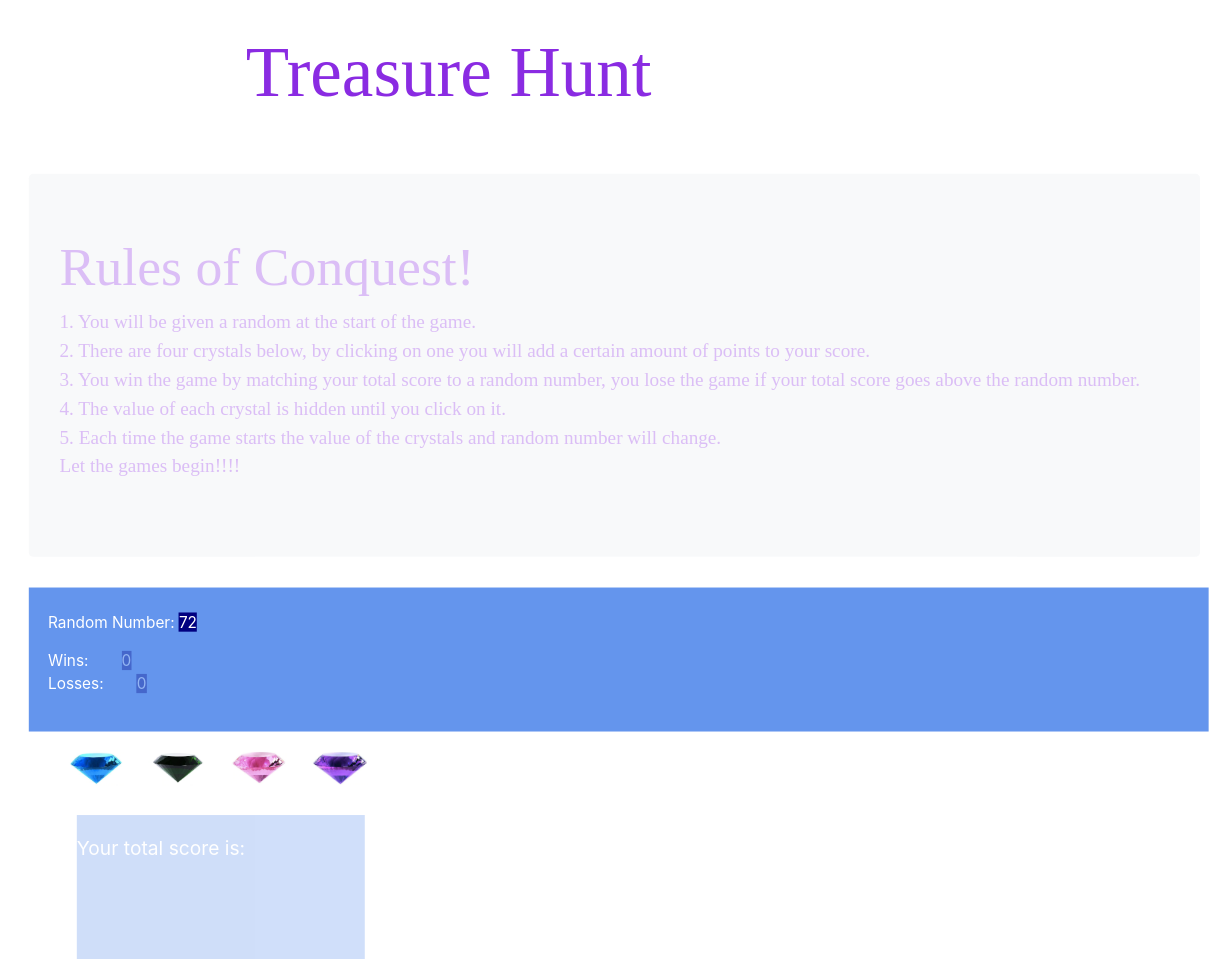
Repository: Jwill1258/unit-4-game
Page: index.html
These files come from the project's save history. The page is drawn as it stood at one moment and after the next save; the edit follows.
The browser window is 1280 px wide. The pictures show the whole page, at 96% of full size.
Some web fonts or font styles are not loaded; a fallback is used.

Above is the page before, as saved 2019-11-08 00:13:08.

### index.html
<!DOCTYPE html>
<html lang="en">
<head>
    <meta charset="UTF-8">
    <meta name="viewport" content="width=device-width, initial-scale=1.0">
    <meta http-equiv="X-UA-Compatible" content="ie=edge">
    <title>Crystal Collector</title>
    <link rel="stylesheet" type="text/css" href="assets/css/style.css">
    <link rel="stylesheet" href="https://stackpath.bootstrapcdn.com/bootstrap/4.3.1/css/bootstrap.min.css" integrity="sha384-ggOyR0iXCbMQv3Xipma34MD+dH/1fQ784/j6cY/iJTQUOhcWr7x9JvoRxT2MZw1T" crossorigin="anonymous">
    <link href="https://fonts.googleapis.com/css?family=Stoke&display=swap" rel="stylesheet">
</head>

<body>

    <div id="header">Treasure Hunt</div>

    <div class="jumbotron">

        <h1 class="display-4">Rules of Conquest!</h1>
        <p class="lead">

            1. You will be given a random at the start of the game.

            <br>

            2. There are four crystals below, by clicking on one you will add a certain amount of points to your      score.

            <br>

            3. You win the game by matching your total score to a random number, you lose the game if your total      score goes above the random number.

            <br>

            4. The value of each crystal is hidden until you click on it.

            <br>

            5. Each time the game starts the value of the crystals and random number will change.

            <br>

            Let the games begin!!!!

        </p>


    </div>

    <div id="numbers">
            <div class="numberToMatch">
                <p>Random Number:
                    <span id= "randomNumber"></span>
                </p>
            </div>
            <div class="winsandlosses">
                <p>Wins:
                    <span id= "numberWins"></span>
                    </br>
                    Losses:
                    <span id= "numberLosses"></span>
                </p>
            </div>

    <div class="crystals">

            <img src="assets/images/blue-button.png" class=crystalImage id= "one">
            <img src="assets/images/green-button.png" class=crystalImage id= "two">
            <img src="assets/images/pink button.png" class=crystalImage id= "three">
            <img src="assets/images/purple-button.png" class=crystalImage id= "four">

    </div>


    <div class="countmsg">

        <p>Your total score is:

            <span id="totalCount"></span>

        </p>

    </div>

    <script type="text/javascript" src="https://code.jquery.com/jquery-2.2.0.js"></script>
    <script type="text/javascript" src="assets/javascript/game.js"></script>


</body>
</html>

### assets/css/style.css
/* http://meyerweb.com/eric/tools/css/reset/
   v2.0 | 20110126
   License: none (public domain)
*/

html, body, div, span, applet, object, iframe,
h1, h2, h3, h4, h5, h6, p, blockquote, pre,
a, abbr, acronym, address, big, cite, code,
del, dfn, em, img, ins, kbd, q, s, samp,
small, strike, strong, sub, sup, tt, var,
b, u, i, center,
dl, dt, dd, ol, ul, li,
fieldset, form, label, legend,
table, caption, tbody, tfoot, thead, tr, th, td,
article, aside, canvas, details, embed,
figure, figcaption, footer, header, hgroup,
menu, nav, output, ruby, section, summary,
time, mark, audio, video {
	margin: 0;
	padding: 0;
	border: 0;
	font-size: 100%;
	font: inherit;
	vertical-align: baseline;
}
/* HTML5 display-role reset for older browsers */
article, aside, details, figcaption, figure,
footer, header, hgroup, menu, nav, section {
	display: block;
}
body {
	line-height: 1;
}
ol, ul {
	list-style: none;
}
blockquote, q {
	quotes: none;
}
blockquote:before, blockquote:after,
q:before, q:after {
	content: '';
	content: none;
}
table {
	border-collapse: collapse;
	border-spacing: 0;
}

body {
    background-image: url( '../images/waterfall-background.jpeg' ) no-repeat center center fixed;
	-webkit-background-size: cover;
	-moz-background-size: cover;
	-o-background-size: cover;
	background-size: cover;

}

#header {
	font-family: 'Stoke', serif;
	color: blueviolet;
    font-size: 74px;
	width: 100%;
	padding-left: 20%;
	padding-top: 20px;



}

.jumbotron {
	font-family: 'Stoke', serif;
	color: blueviolet;
	font-size: 40px;
	position: center;
	background-color: cornflowerblue;
	margin-left: 30px;
	margin-right: 30px;
	opacity: 30%;
	padding-top: 50px;
	margin-top: 50px;

}

.jumbotron lead {
	border: 10px;


}

#numbers {
	background-color: cornflowerblue;
	height: 150px;
	width: 96%;
	margin-left: 30px;
	padding-left: 20px;
	color: navy;
}

.numberToMatch {
	height: 50px;
	width: 50px;
	margin-left: 30px;
	margin-top: 50px;
	display: inline;
	color: white;
}


.winsandlosses {
	color: white;
	display: inline;
	background-color: navy;

}

#randomNumber {
	background-color: navy;


}



#numberWins {
	background-color:navy;
	width: 200px;
	height: 40px;
	margin-left: 30px;
	margin-top: 50px;
	opacity: 30%;
	color: white;


}

#numberLosses {
	background-color:navy;
	width: 200px;
	height: 40px;
	margin-left: 30px;
	margin-top: 50px;
	opacity: 30%;
	color: white;


}


.crystalImage  {
	width: 80px;
	padding-top: 40px;
	padding-bottom: 30px;
}

#one {
	padding-left: 20px;

}

#two {
	padding-left: 20px;


}

#three {
	padding-left: 20px;



}

#four {
	padding-left: 20px;



}


.countmsg {
	background-color: cornflowerblue;
	height: 150px;
	width: 300px;
	margin-left: 30px;
	opacity: 30%;
	color: white;
	font-size: 20px;
	padding-top: 20px;


}

### assets/javascript/game.js
$( document ).ready(function(){
    var Random=Math.floor(Math.random()*101+19)
    // Selects a random number to be shown at the start of the game
    // Number between 19 - 120
    //
    $('#randomNumber').text(Random);
    // Appending random number to the randomNumber id in the html doc
    //
    var num1= Math.floor(Math.random()*11+1)
    var num2= Math.floor(Math.random()*11+1)
    var num3= Math.floor(Math.random()*11+1)
    var num4= Math.floor(Math.random()*11+1)
    // create random numbers for each jewel (1-12)

    //
    var userTotal= 0;
    var wins= 0;
    var losses = 0;
    //  establish variables

$('#numberWins').text(wins);
$('#numberLosses').text(losses);
//resets the game
function reset(){
        Random=Math.floor(Math.random()*101+19);
        console.log(Random)
        $('#randomNumber').text(Random);
        num1= Math.floor(Math.random()*11+1);
        num2= Math.floor(Math.random()*11+1);
        num3= Math.floor(Math.random()*11+1);
        num4= Math.floor(Math.random()*11+1);
        userTotal= 0;
        $('#totalCount').text(userTotal);
}
//adds the wins to the userTotal
function yay(){
alert("Winner");
    wins++;
    $('#numberWins').text(wins);
    reset();
}
//addes the losses to the userTotal
function loser(){
alert ("Try Again!");
    losses++;
    $('#numberLosses').text(losses);
    reset()
}
//sets up click for jewels
$('#one').on ('click', function(){
    userTotal = userTotal + num1;
    console.log("New userTotal= " + userTotal);
    $('#totalCount').text(userTotal);
        //sets win/lose if stats
        if (userTotal == Random){
        yay();
        }
        else if ( userTotal > Random){
        loser();
        }
})
$('#two').on ('click', function(){
    userTotal = userTotal + num2;
    console.log("New userTotal= " + userTotal);
    $('#totalCount').text(userTotal);
        if (userTotal == Random){
        yay();
        }
        else if ( userTotal > Random){
        loser();
        }
})
$('#three').on ('click', function(){
    userTotal = userTotal + num3;
    console.log("New userTotal= " + userTotal);
    $('#totalCount').text(userTotal);
        if (userTotal == Random){
        yay();
        }
        else if ( userTotal > Random){
        loser();
        }
})
$('#four').on ('click', function(){
    userTotal = userTotal + num4;
    console.log("New totalCount= " + userTotal);
    $('#totalCount').text(userTotal);
        if (userTotal == Random){
        yay();
        }
        else if ( userTotal > Random){
        loser();
        }
});
});

After the next save:
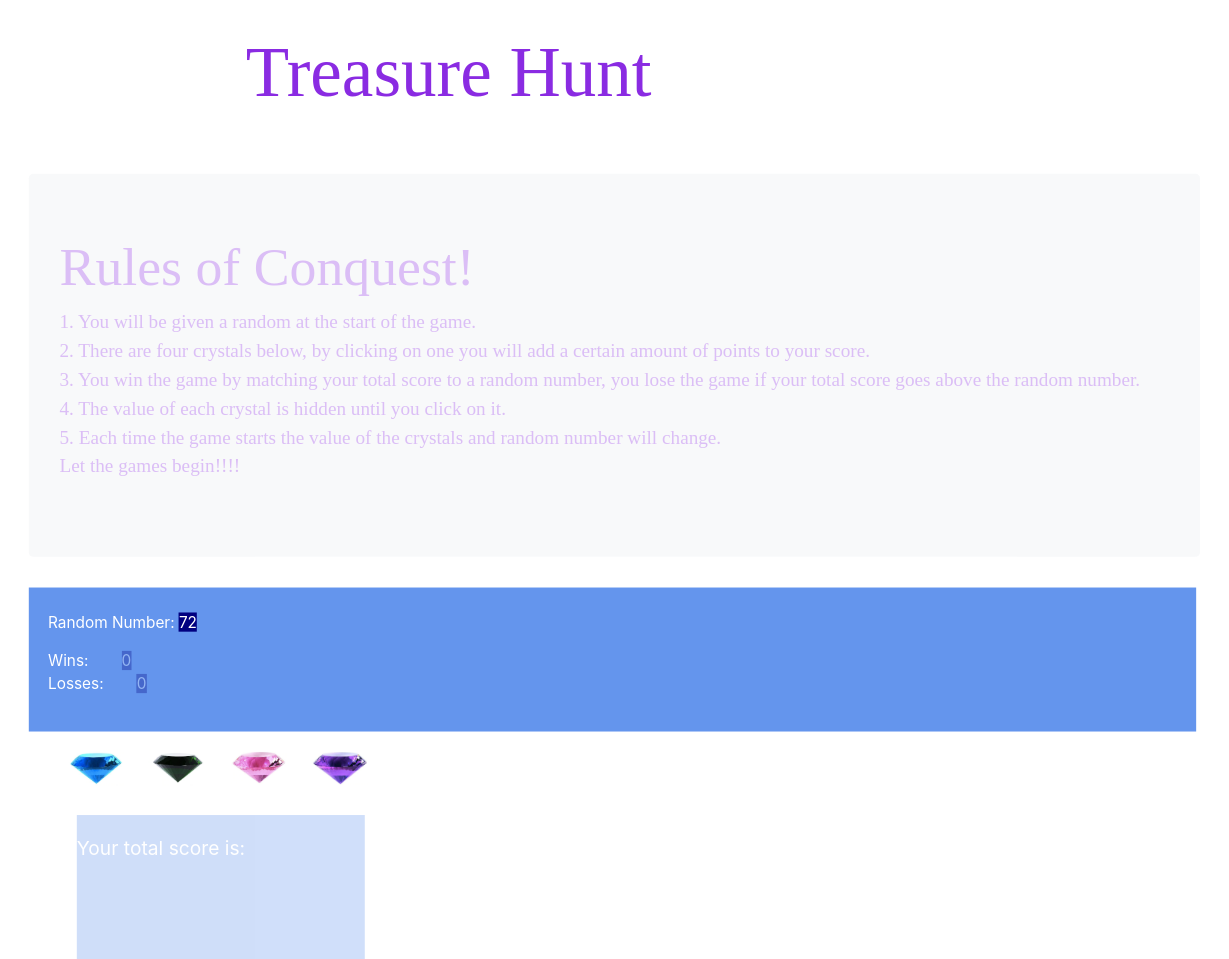
Saved 76 s later.
--- a/assets/css/style.css
+++ b/assets/css/style.css
@@ -91,7 +91,7 @@ body {
 #numbers {
 	background-color: cornflowerblue;
 	height: 150px;
-	width: 96%;
+	width: 95%;
 	margin-left: 30px;
 	padding-left: 20px;
 	color: navy;
